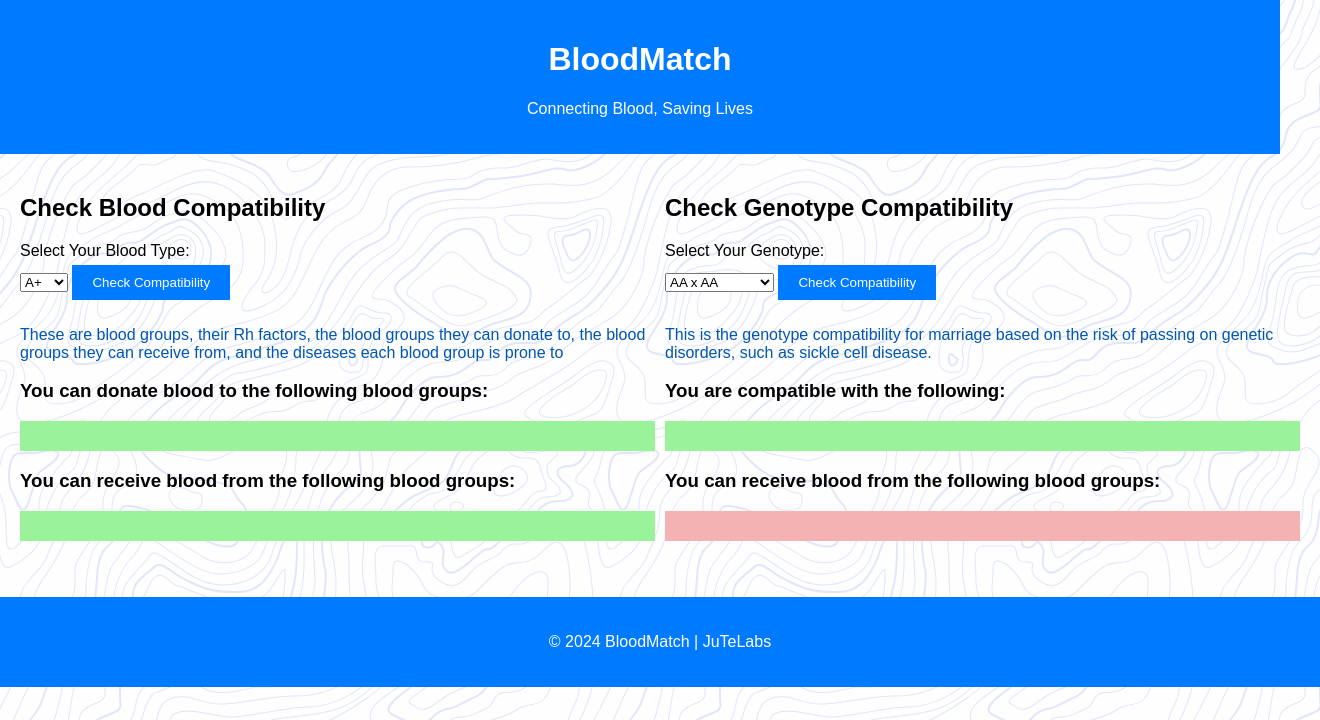
Repository: JuliusMonday/BloodMatch
Page: index.html
The author's editor kept a copy of each file at every save. The page is drawn from the files as they stood at one save, then again after the next save.
The browser window is 1280 px wide. The page is 1320 px wide, so the pictures cover 1320 px, including what lies to the right of the window. The pictures show the whole page.

Above is the page before, as saved 2024-05-03 11:31:49.

### index.html
<!DOCTYPE html>
<html lang="en">
<head>
  <meta charset="UTF-8">
  <meta name="viewport" content="width=device-width, initial-scale=1.0">
  <title>BloodMatch</title>
  <link rel="stylesheet" href="style.css">
</head>
<body>
  <header>
    <h1>BloodMatch</h1>
    <p>Connecting Blood, Saving Lives</p>
  </header>
  <main>
    <section id="bloodType">
      <h1>Check Blood Compatibility</h1>
      <label for="selectBloodType">Select Your Blood Type:</label>
      <select id="selectBloodType">
        <option value="A+">A+</option>
        <option value="A-">A-</option>
        <option value="B+">B+</option>
        <option value="B-">B-</option>
        <option value="AB+">AB+</option>
        <option value="AB-">AB-</option>
        <option value="O+">O+</option>
        <option value="O+">O+</option>
      </select>
      <button onclick="checkBloodCompatibility()">Check Compatibility</button>
      <div id="compatibilityResult">
        <p class="p-s"> These are blood groups, their Rh factors, the blood groups they can donate to, the blood groups they can receive from, and the diseases each blood group is prone to</p>
        <div class="donate-to">
            <h3>You can donate blood to the following blood groups:</h3>
            <p id="donate-to-bg" style="background-color:rgb(154, 243, 154); padding:15px; font-weight: bold;"></p>
        </div>
        <div class="receive-from">
            <h3>You can receive blood from the following blood groups:</h3>
            <p id="receive-from-bg" style="background-color:rgb(154, 243, 154); padding:15px; font-weight: bold;"></p>
        </div>
      </div>
    </section>
    <section id="genotype">
      <h1>Check Genotype Compatibility</h1>
      <label for="selectGenotype">Select Your Genotype:</label>
      <select id="selectGenotype">
        <option value="AA x AA">AA x AA</option>
        <option value="AA x AS">AA x AS</option>
        <option value="AS x AS">AS x AS</option>
        <option value="SS x SS">SS x SS</option>
        <option value="AS x SC">AS x SC (rare)</option>
    </select>
      <button onclick="checkGenotypeCompatibility()">Check Compatibility</button>
      <div id="genotypeResult">
        <p class="p-s">This is the genotype compatibility for marriage based on the risk of passing on genetic disorders, such as sickle cell disease.</p>
        <div class="compatible-Gn">
            <h3>You are compatible with the following:</h3>
            <p id="compatible-Gns" style="background-color:rgb(154, 243, 154); padding:15px; font-weight: bold;"></p>
        </div>
        <div class="non-compatible">
            <h3>You can receive blood from the following blood groups:</h3>
            <p id="non-compatible-Gns" style="background-color: rgb(245, 178, 178); padding:15px; font-weight: bold;"></p>
        </div>
      </div>
    </div>
    </section>
  </main>
  <footer>
    <p>&copy; 2024 BloodMatch | JuTeLabs</p>
  </footer>
  <script src="script.js"></script>
</body>
</html>

### script.js
const checkBloodCompatibility = () =>{
    let selectedBloodType = document.getElementById("selectBloodType").value;
    let canDonateTo = document.getElementById("donate-to-bg");
    let canReceiveFrom = document.getElementById("receive-from-bg");

     // Logic to determine compatible blood types
    switch(selectedBloodType) {
      case "A+":
        canDonateTo.textContent = `You can only donate blood to: A+ and AB+ only`;
        canReceiveFrom.textContent = `You can only receive blood from: A+, A-, O+, and O-`;
        break;
      case "A-":
        canDonateTo.textContent = `You can only donate blood to: A+, A-, AB+, AB- only`;
        canReceiveFrom.textContent = `You can only receive blood from: A-, and O-`;
        break;
      case "B+":
        canDonateTo.textContent = `You can only donate blood to: A+ and AB+ only`;
        canReceiveFrom.textContent = `You can only receive blood from: B+, and AB+`;
        break;
      case "B-":
        canDonateTo.textContent = `You can only donate blood to: AB-, AB+, B+, and B- only`;
        canReceiveFrom.textContent = `You can only receive blood from: B-, and O-`;
        break;
      case "AB+":
        canDonateTo.textContent = `You can only donate blood to: AB+ only`;
        canReceiveFrom.textContent = `You can only receive blood from: EVERYONE✨✔🙌`;
        break;
      case "AB-":
        canDonateTo.textContent = `You can only donate blood to: AB+ and AB- only`;
        canReceiveFrom.textContent = `You can only receive blood from: AB-, A-, B-, and O-`;
        break;
      case "O+":
        canDonateTo.textContent = `You can only donate blood to: A+, AB+, B+, AND O+ only`;
        canReceiveFrom.textContent = `You can only receive blood from: O+, and O-`;
        break;
      case "O-":
        canDonateTo.textContent = `You can only donate blood to: EVERYONE✨✔🙌`;
        canReceiveFrom.textContent = `You can only receive blood from: Only O-`;
        break;
    }

  }

  const checkGenotypeCompatibility = () => {
    let selectedGenotype = document.getElementById("selectGenotype").value;
    let canMarry = document.getElementById("compatible-Gns");
    let cannotMary = document.getElementById("non-compatible-Gns")


    // Logic to determine compatible genotypes
    switch(selectedGenotype) {
      case "AA x AA":
        canMarry.textContent = `Offspring Genotype Possibilities: AA (all children)`
        cannotMary.textContent = `SCD Risk in Offspring: No SCD risk`
        break;
      case "AA x AS":
        canMarry.textContent = `Offspring Genotype Possibilities: AA (50%) & AS (50%)`
        cannotMary.textContent = `SCD Risk in Offspring: No SCD risk for AA children, AS carriers for 50%`
        break;
      case "AS x AS":
        canMarry.textContent = `Offspring Genotype Possibilities: AA (25%), AS (50%), SS (25%)`
        cannotMary.textContent = `SCD Risk in Offspring: No SCD risk for AA children, 25% chance of SCD for SS children, 50% AS carriers`
        break;
      case "AS x SS":
        canMarry.textContent = `Offspring Genotype Possibilities: AS (50%) & SS (50%)`
        cannotMary.textContent = `SCD Risk in Offspring: 50% chance of SCD for both AS and SS children`
        break;
      case "SS x SS":
        canMarry.textContent = `Offspring Genotype Possibilities: SS (all children)`
        cannotMary.textContent = `SCD Risk in Offspring: All children will have SCD`
        break;
      case "AS x SC":
        canMarry.textContent = `Offspring Genotype Possibilities: AS (variable %), SC (variable %), SS (variable %)`
        cannotMary.textContent = `SCD Risk in Offspring: Varies depending on specific SC genotype - consult a genetic counselor`

    }
  }

Loaded but not shown: style.css (library)

After the next save:
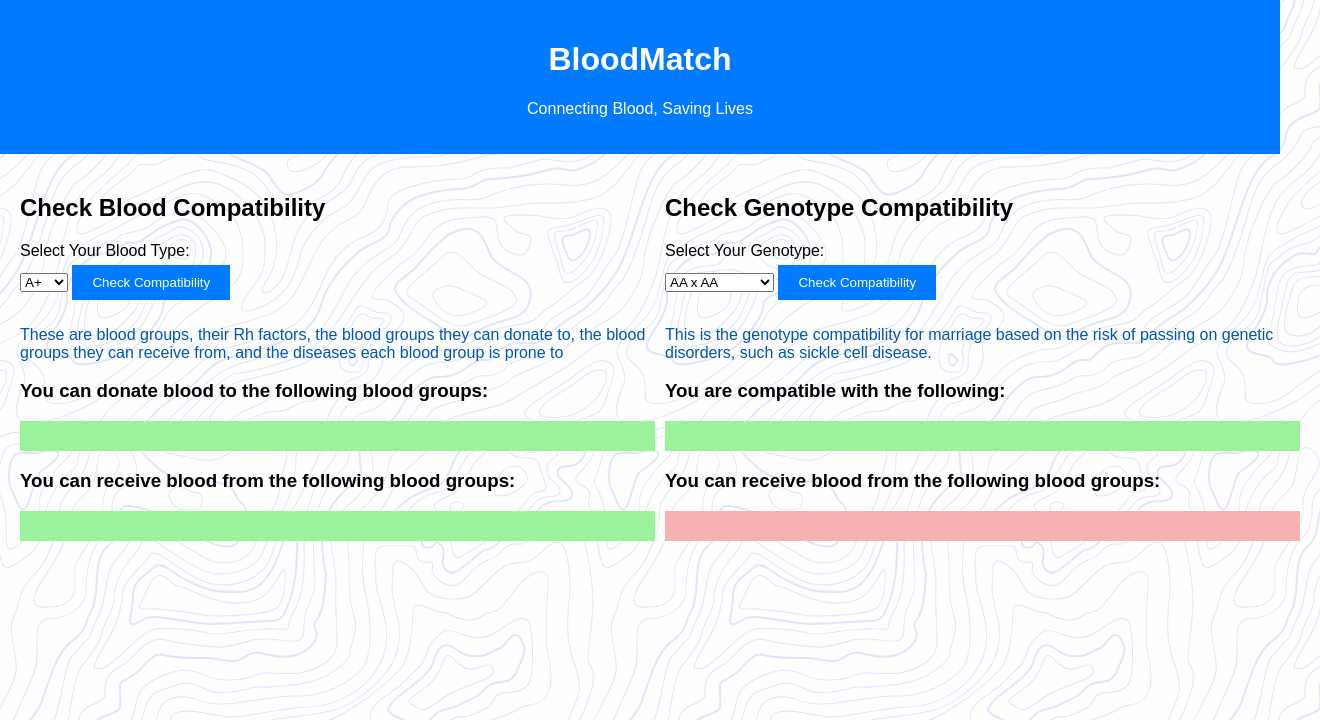
Saved 31 s later.
--- a/index.html
+++ b/index.html
@@ -63,9 +63,9 @@
     </div>
     </section>
   </main>
-  <footer>
+  <!-- <footer>
     <p>&copy; 2024 BloodMatch | JuTeLabs</p>
-  </footer>
+  </footer> -->
   <script src="script.js"></script>
 </body>
 </html>
